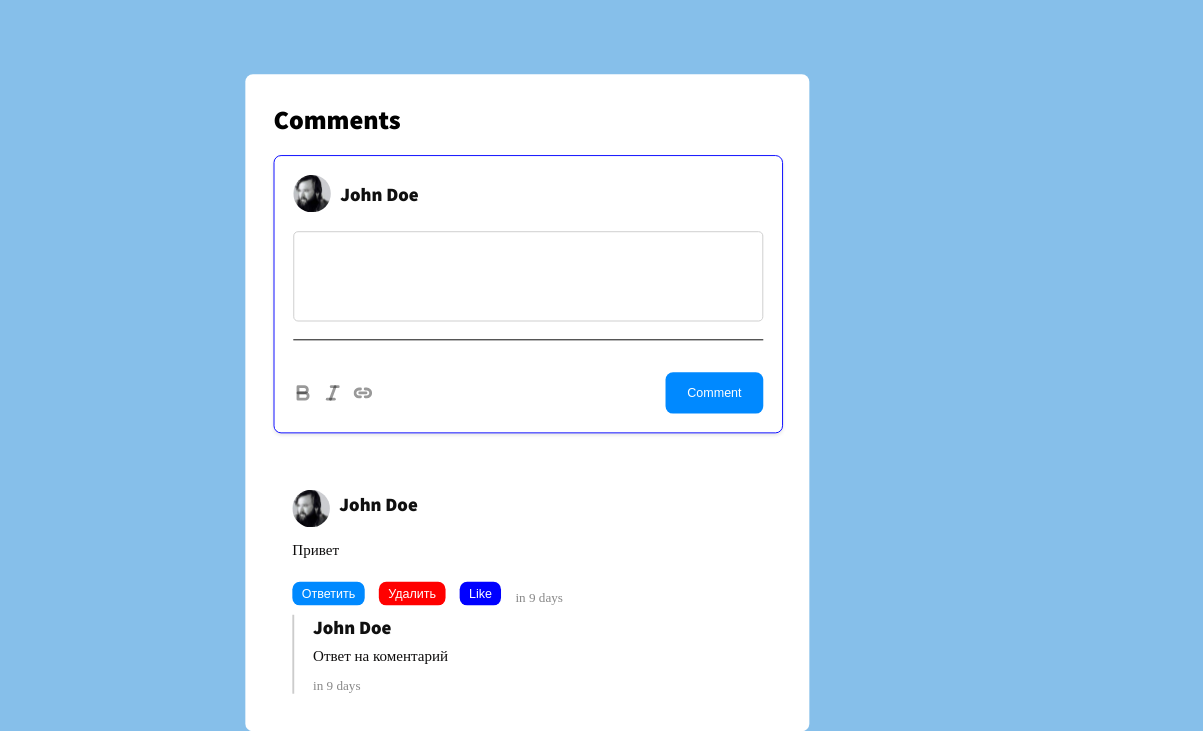
Repository: nikiforovki/appcommits
Page: /
An editor plug-in stored every save of this project. The page is shown before and after the next save, followed by the edit.
The browser window is 1280 px wide. The pictures show the whole page, at 94% of full size.
The project was rebuilt for these pictures with package versions that can differ from the ones it lists, and the page was loaded fresh each time. Requests to the local data server were answered from the project's data file. Also part of the build but not shown: webpack.config.ts.

Above is the page before, as saved 2024-08-24 03:52:15.

After the next save:
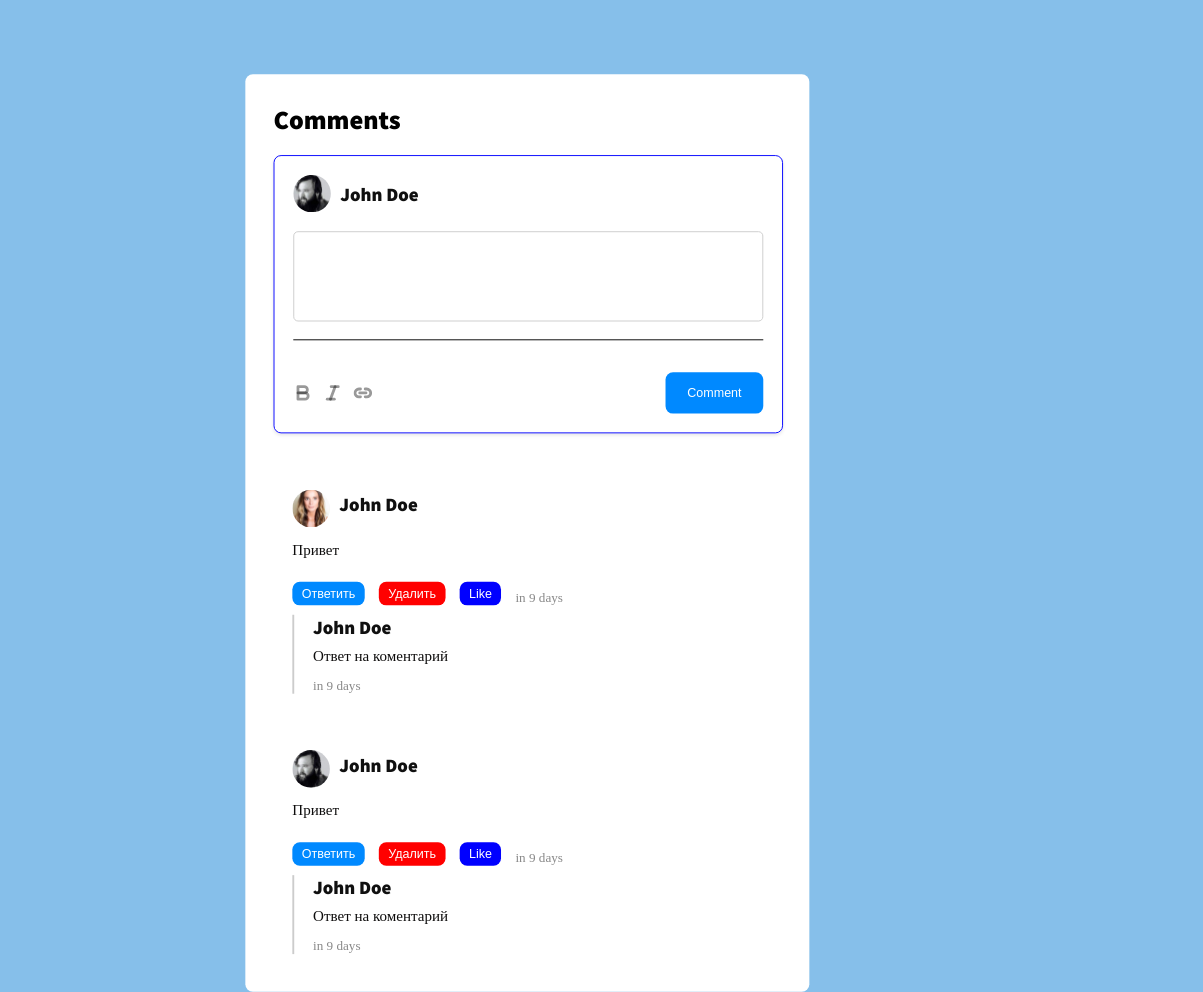
Saved 92 s later.
--- a/db.json
+++ b/db.json
@@ -18,6 +18,25 @@
           "timestamp": "2024-08-23T20:20:31.668Z"
         }
       ]
+    },
+    {
+      "id": "1724444371668",
+      "img": "/img/IconWomen.svg",
+      "author": "John Doe",
+      "text": "Привет",
+      "timestamp": "2024-08-23T20:19:31.668Z",
+      "liked": false,
+      "isBold": false,
+      "isItalic": false,
+      "isLink": false,
+      "replies": [
+        {
+          "id": "unique-reply-id-1",
+          "author": "John Doe",
+          "text": "Ответ на коментарий",
+          "timestamp": "2024-08-23T20:20:31.668Z"
+        }
+      ]
     }
   ]
 }
